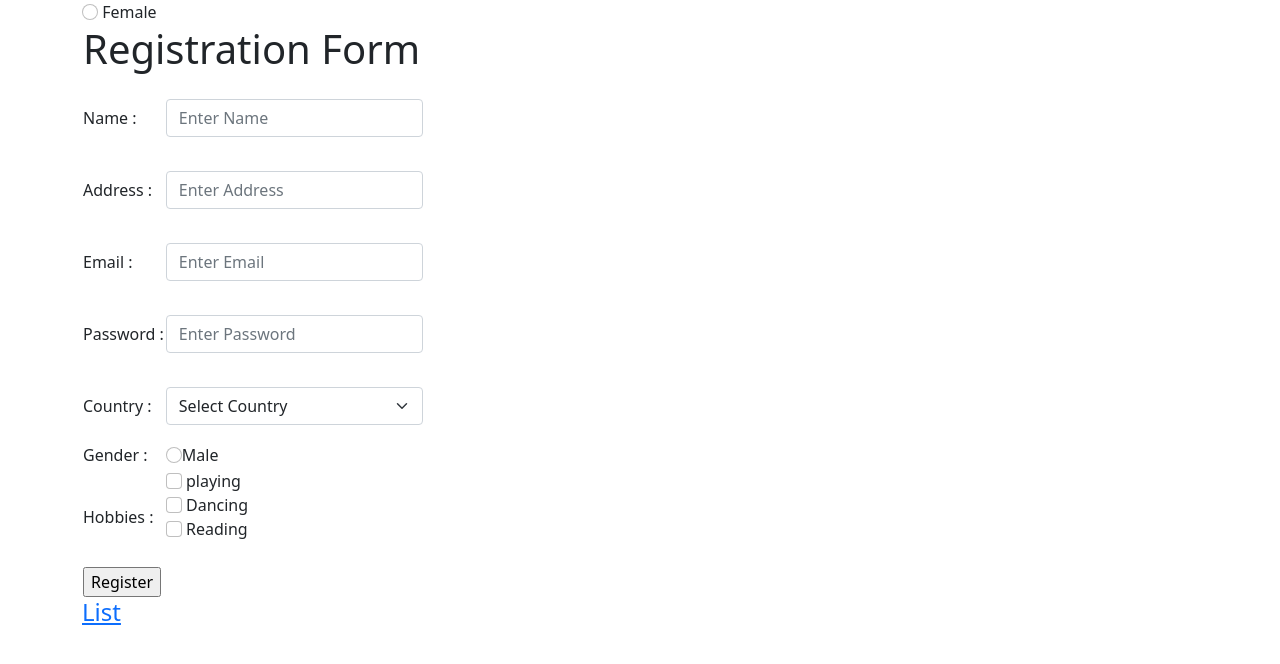
Repository: testuser85495/Java-Practical
Page: http://localhost/First_demo/
These files come from the project's save history. The page is drawn as it stood at one moment and after the next save; the edit follows.
The browser window is 1280 px wide. The pictures show the whole page.
The page is served by Tomcat 9. Other server files are loaded and not shown.

Above is the page before, as saved 2024-07-23 13:30:32.

### First_demo/src/main/webapp/index.jsp
<%@ page language="java" contentType="text/html; charset=UTF-8"
	pageEncoding="UTF-8"%>
<!DOCTYPE html>
<html>
<head>
    <!-- Required meta tags -->
    <meta charset="utf-8">
    <meta name="viewport" content="width=device-width, initial-scale=1">

    <!-- Bootstrap CSS -->
    <link href="https://cdn.jsdelivr.net/npm/bootstrap@5.0.2/dist/css/bootstrap.min.css" rel="stylesheet" integrity="sha384-EVSTQN3/azprG1Anm3QDgpJLIm9Nao0Yz1ztcQTwFspd3yD65VohhpuuCOmLASjC" crossorigin="anonymous">

    <title>Edit</title>
  </head>


<body>
	<div class="container">
		<%-- <h3 class="scriptlet">
			<%
			String msg = (String) request.getAttribute("msg");
			if (msg != null) {
				out.print(msg);
			}
			%>
		</h3> --%>

		<form action="UserController" method="post">
			<table cellspacing="15" class="tbl_reg">
				<tr>
					<td colspan="2">
						<h1>Registration Form</h1>
					</td>
				</tr>
				<tr>
					<td><label>Name : </label></td>
					<td><input type="text" name="name" placeholder="Enter Name" class="form-control my-3"
						required="required"></td>
				</tr>

				<tr>
					<td><label>Address : </label></td>
					<td><input type="text" name="address"
						placeholder="Enter Address" required="required" class="form-control my-3"></td>
				</tr>


				<tr>
					<td><label>Email : </label></td>
					<td><input type="email" name="email" placeholder="Enter Email"
						required="required" class="form-control my-3"></td>
				</tr>
				<tr>
					<td><label>Password : </label></td>
					<td><input type="password" name="password"
						placeholder="Enter Password" required="required" class="form-control my-3"></td>
				</tr>

				<tr>
					<td><label>Country : </label></td>
					<td><select name="country" id="Country" class="form-select my-3">
					        <option selected>Select Country</option>
							<option value="India">India</option>
							<option value="USA">USA</option>
							<option value="Canada">Canada</option>
							<option value="UK">UK</option>
					</select></td>
				</tr>

				<tr>
					<td><label>Gender : </label></td>
					<td><input type="radio" name="gender" value="male" class="form-check-input">Male<br> </td>

						<input type="radio" name="gender" value="female" class="form-check-input">
						Female<br></td>
				</tr>


				<tr>
					<td><label>Hobbies : </label></td>


					<td><input type="checkbox" name="hobbie" value="playing" class="form-check-input">
					<label for="Hobbies"> playing</label>
					<br>
					<input type="checkbox" name="hobbie" value="Dancing" class="form-check-input">
					<label for="Hobbies"> Dancing</label>
					<br>
					<input type="checkbox" name="hobbie" value="Reading" class="form-check-input">
					<label for="Hobbies"> Reading</label>
					<br>
					<br></td>


				</tr>

				<tr>
					<td colspan="2"><input type="Submit" name="action"
						value="Register" class="reg_submit" id="reg_submit" /></td>
				</tr>
			</table>
			<h4><a href="home.jsp">List</a></h4>
		</form>
	</div>
</body>
</html>

After the next save:
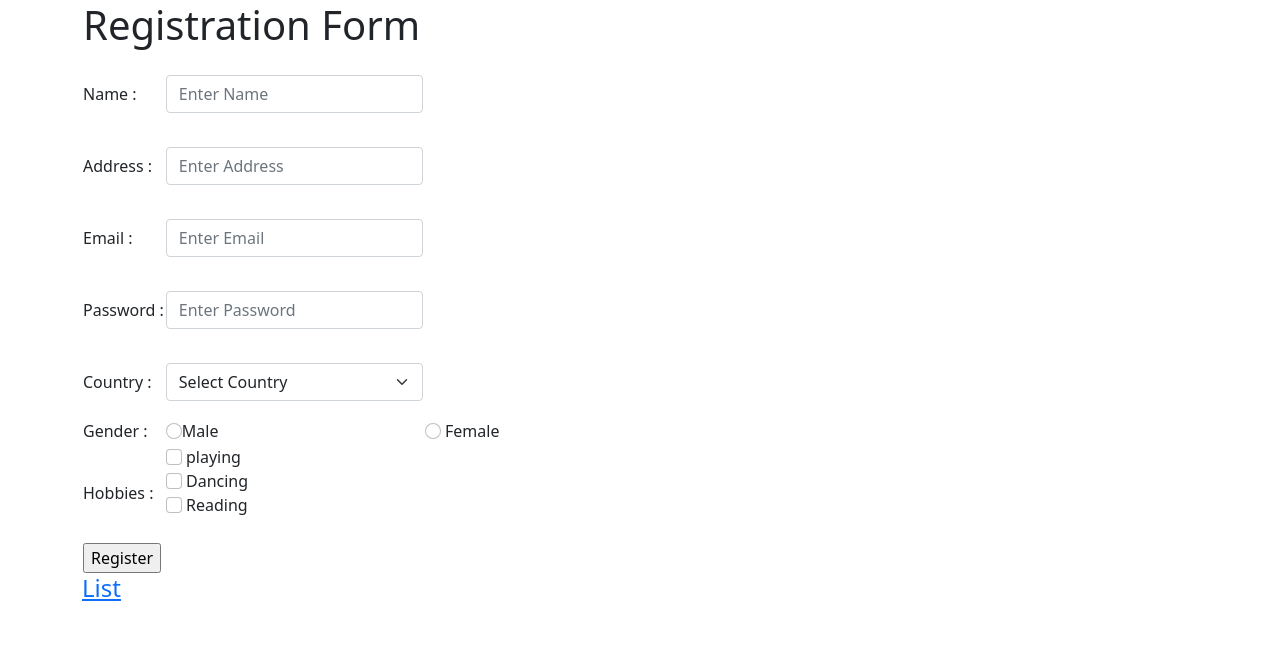
Saved 4 s later.
--- a/First_demo/src/main/webapp/index.jsp
+++ b/First_demo/src/main/webapp/index.jsp
@@ -71,7 +71,7 @@
 					<td><label>Gender : </label></td>
 					<td><input type="radio" name="gender" value="male" class="form-check-input">Male<br> </td>
 
-						<input type="radio" name="gender" value="female" class="form-check-input">
+						<td><input type="radio" name="gender" value="female" class="form-check-input">
 						Female<br></td>
 				</tr>
 
